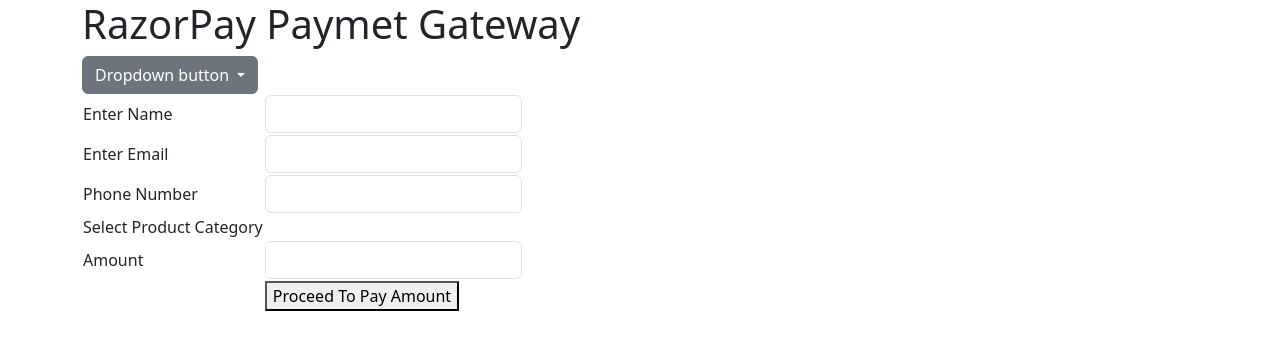
Repository: PraveenKodekal/razorpayGateway
Page: http://localhost/index
An editor plug-in stored every save of this project. The page is shown before and after the next save, followed by the edit.
The browser window is 1280 px wide. The pictures show the whole page.
The page is this project's Thymeleaf template; nobody is signed in. The template is opened directly, without the code that normally fills it, so the values that code supplies are empty.

Above is the page before, as saved 2024-06-25 03:35:50.

### Payment-GatteWay/src/main/resources/templates/index.html
<!doctype html>
<html lang="en">

<head>
	<meta charset="utf-8">
	<meta name="viewport" content="width=device-width, initial-scale=1">
	<title>Bootstrap demo</title>
	<link href="https://cdn.jsdelivr.net/npm/bootstrap@5.3.3/dist/css/bootstrap.min.css" rel="stylesheet"
		integrity="sha384-QWTKZyjpPEjISv5WaRU9OFeRpok6YctnYmDr5pNlyT2bRjXh0JMhjY6hW+ALEwIH" crossorigin="anonymous">
</head>

<body>
	<div class="container">
		<h1>RazorPay Paymet Gateway</h1>

		<table>
			<tr>
				<td>Enter Name</td>
				<td>
					<input type="text" name="customerName" id="customerName" class="form-control" />
				</td>
			</tr>
			<tr>
				<td>Enter Email</td>
				<td>
					<input typr="email" name="emailId" id="emailId" class="form-control" required />
				</td>
				</td>
			</tr>

			<tr>
				<td>Phone Number</td>
				<td>
					<input typr="number" name="phonNum" id="phonNum" class="form-control" required />
				</td>
				</td>

			</tr>
			<tr>
				<td>Select Product Category</td>
				<div class="dropdown">
				  <button class="btn btn-secondary dropdown-toggle" type="button" data-bs-toggle="dropdown" aria-expanded="false">
				    Dropdown button
				  </button>
				  <ul class="dropdown-menu">
				    <li><a class="dropdown-item" href="#">Action</a></li>
				    <li><a class="dropdown-item" href="#">Another action</a></li>
				    <li><a class="dropdown-item" href="#">Something else here</a></li>
				  </ul>
				</div>
			</tr>

			<tr>
				<td>Amount</td>
				<td>
					<input type="number" name="amount" id="amount" class="form-control" />
				</td>
			</tr>
			<tr>
				<td></td>
				<td><button id="rrp=buttonl" class="btn-btn-primary">Proceed To Pay Amount</button></td>
			</tr>


		</table>
	</div>

	<script src="https://cdn.jsdelivr.net/npm/bootstrap@5.3.3/dist/js/bootstrap.bundle.min.js"
		integrity="sha384-YvpcrYf0tY3lHB60NNkmXc5s9fDVZLESaAA55NDzOxhy9GkcIdslK1eN7N6jIeHz"
		crossorigin="anonymous"></script>
</body>

</html>

After the next save:
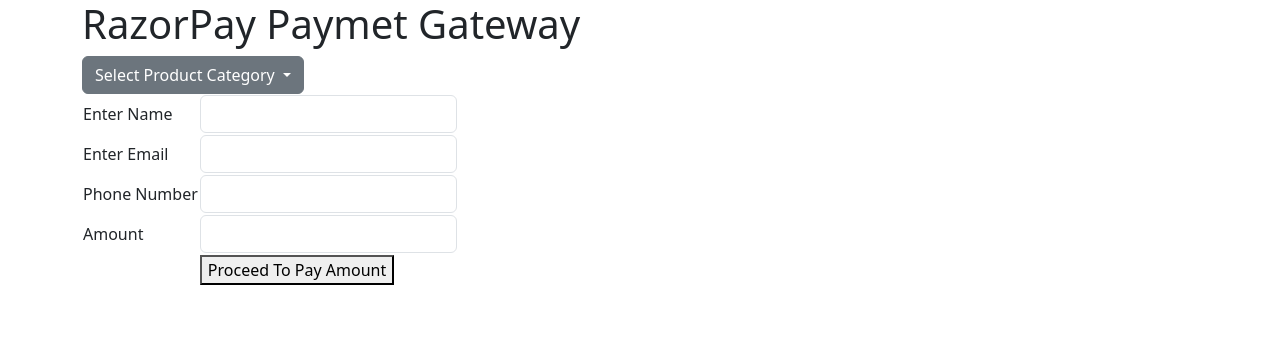
Saved 56 s later.
--- a/Payment-GatteWay/src/main/resources/templates/index.html
+++ b/Payment-GatteWay/src/main/resources/templates/index.html
@@ -37,10 +37,9 @@
 
 			</tr>
 			<tr>
-				<td>Select Product Category</td>
 				<div class="dropdown">
 				  <button class="btn btn-secondary dropdown-toggle" type="button" data-bs-toggle="dropdown" aria-expanded="false">
-				    Dropdown button
+				    Select Product Category
 				  </button>
 				  <ul class="dropdown-menu">
 				    <li><a class="dropdown-item" href="#">Action</a></li>
